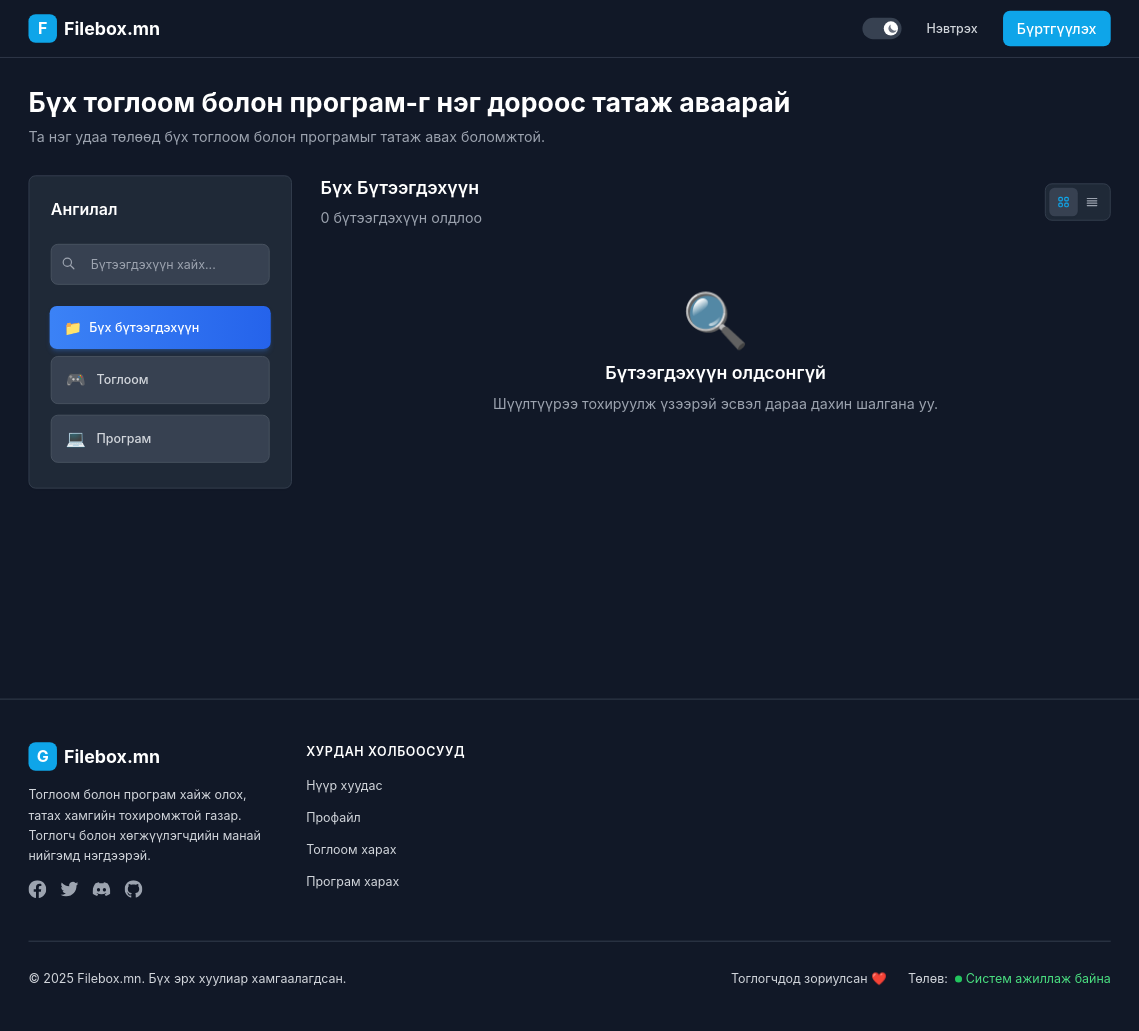
Repository: temuujinnn/file_server_frontend
Page: /
These files come from the project's save history. The page is drawn as it stood at one moment and after the next save; the edit follows.
The browser window is 1280 px wide. The pictures show the whole page, at 89% of full size.
The page's requests for data from a server got no answer. The project was rebuilt for these pictures with package versions that can differ from the ones it lists, and the page was loaded fresh each time. No one was signed in, and anything a server would have sent is missing. Also part of the build but not shown: vite.config.js, vite.config.ts, src/services/api.ts, src/components/ProductCard.tsx, src/components/ProductDetailModal.tsx, src/pages/LoginPage.tsx, src/components/Toast.tsx, src/pages/RegisterPage.tsx and 2 more.

Above is the page before, as saved 2025-10-06 21:15:16.

After the next save:
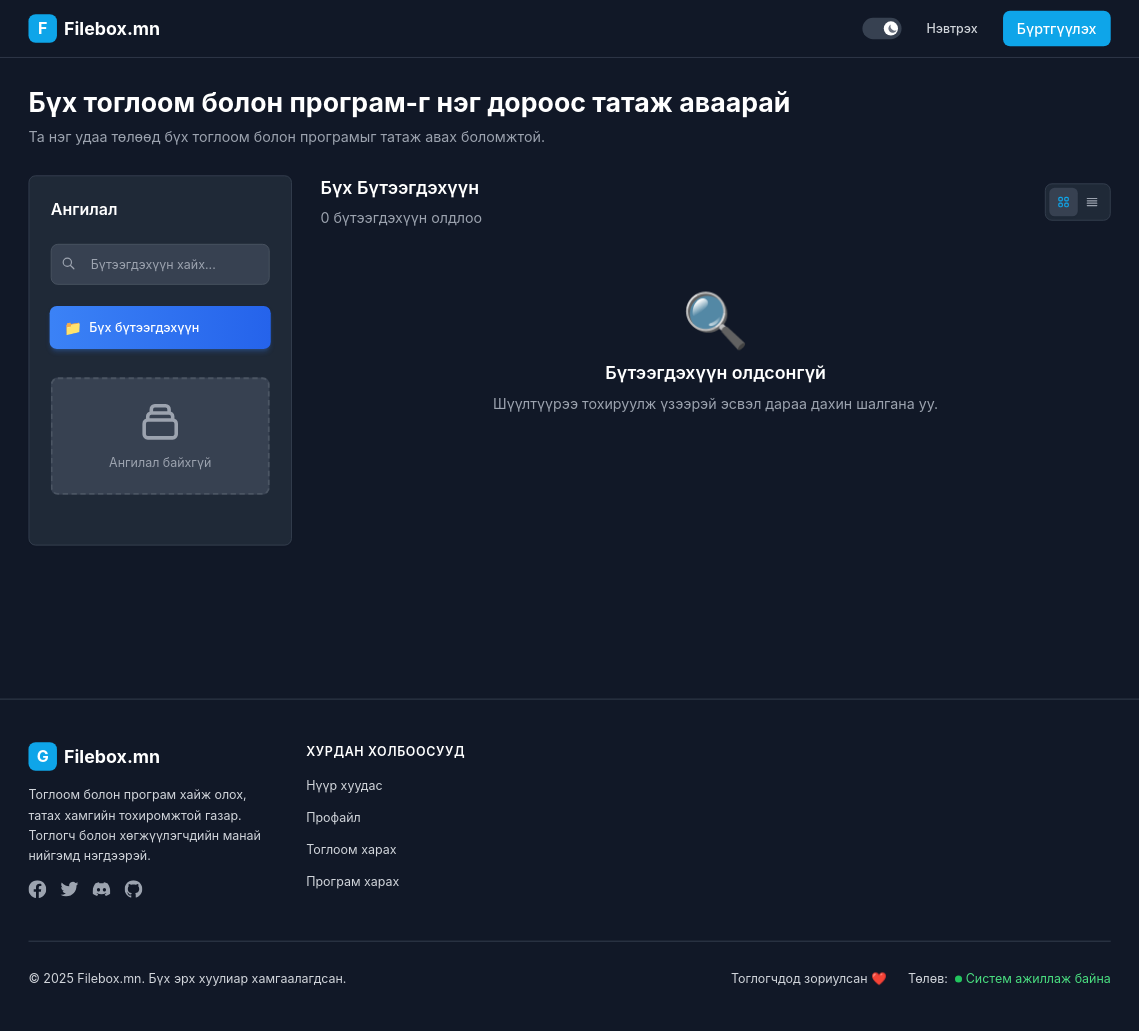
Saved 2 min 48 s later.
--- a/src/components/TagSidebar.tsx
+++ b/src/components/TagSidebar.tsx
@@ -182,7 +182,6 @@ const TagSidebar: React.FC<TagSidebarProps> = ({
         setLoading(true);
         const tagsData = await fetchAdditionalTags();
         setTags(tagsData);
-        setCategories(processedCategories);
         setError(null);
       } catch (err) {
         setError("Тег ачаалахад алдаа гарлаа");
@@ -194,6 +193,13 @@ const TagSidebar: React.FC<TagSidebarProps> = ({
 
     loadTags();
   }, []);
+
+  // Update categories when tags change
+  useEffect(() => {
+    if (tags.length > 0) {
+      setCategories(processedCategories);
+    }
+  }, [tags, processedCategories]);
 
   // Handle selectedMainTag changes
   useEffect(() => {
